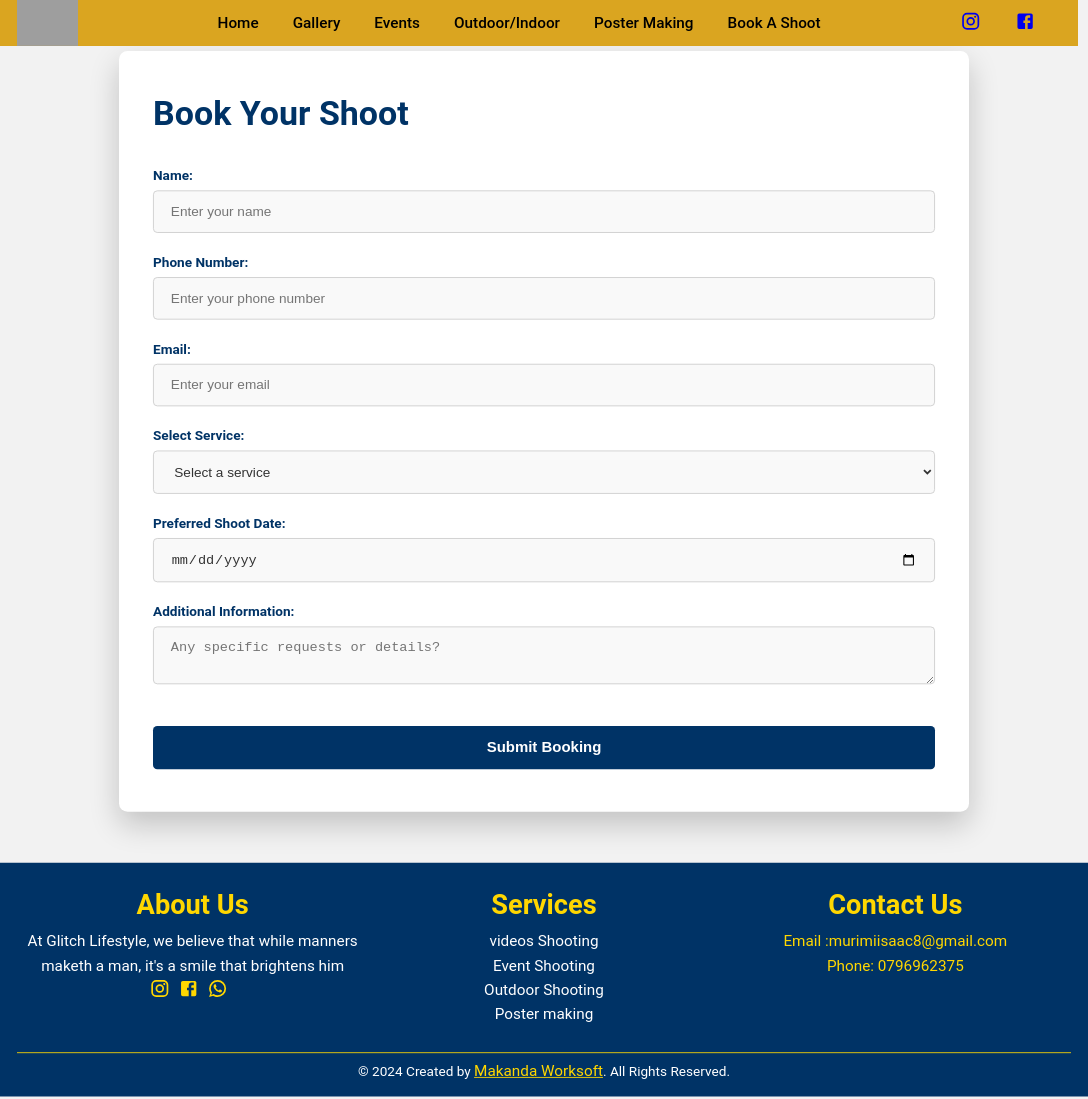
Repository: makanda596/glitchnov
Page: /contact
These files come from the project's save history. The page is drawn as it stood at one moment and after the next save; the edit follows.
The browser window is 1280 px wide. The pictures show the whole page, at 85% of full size.
Pictures or frames that could not be fetched are drawn as grey boxes. The project was rebuilt for these pictures with package versions that can differ from the ones it lists, and the page was loaded fresh each time. Also part of the build but not shown: src/Components/Hero/Hero.css, src/assets/data.js, src/Components/Hero/Hero.jsx, src/Pages/Home/Home.jsx, src/Pages/Events/Events.jsx, src/Pages/Gallery/Gallery.jsx, src/Pages/Outdoor/Outdoor.jsx, src/Pages/Services/Services.jsx. Imported but missing from the stored project, and not drawn on this page: src/Pages/Creative/Creative.

Above is the page before, as saved 2025-01-20 10:48:14.

### public/index.html
<!DOCTYPE html>
<html lang="en">
  <head>
    <meta charset="utf-8" />
    <link rel="icon" href="./glitch.png" />
    <meta name="viewport" content="width=device-width, initial-scale=1" />

    <title>GLITCH LIFESTILE</title>
  </head>
  <body>
    <div id="root"></div>
  </body>
</html>

### src/Pages/Contact/Contact.jsx
import React, { useState, useEffect } from "react";
import Footer from "../../Components/Footer/Footer";
import './contact.css'
import Navbar from "../../Components/Navbar/Navbar";

function Contact() {
    // Form state
    const [formData, setFormData] = useState({
        name: "",
        phone: "",
        email: "",
        service: "",
        additionalInfo: "",
        date: "",
    });

    const [message, setMessage] = useState("");
    const [isSubmitting, setIsSubmitting] = useState(false);
    const [formSuccess, setFormSuccess] = useState(false);

    // Handle form input changes
    const handleInputChange = (e) => {
        const { name, value } = e.target;
        setFormData({ ...formData, [name]: value });
    };

    // Handle form submission to Web3Forms
    const handleSubmit = async (e) => {
        e.preventDefault();
        setIsSubmitting(true);

        const form = new FormData();
        form.append("access_key", "321c6722-643e-4413-83fe-684ab77d92b8"); // Replace with your Web3Forms API key
        form.append("name", formData.name);
        form.append("phone", formData.phone);
        form.append("email", formData.email);
        form.append("service", formData.service);
        form.append("additionalInfo", formData.additionalInfo);
        form.append("date", formData.date);

        try {
            const res = await fetch("https://api.web3forms.com/submit", {
                method: "POST",
                body: form,
            });

            const json = await res.json();
            if (json.success) {
                setMessage("Your booking request has been sent successfully.");
                setFormSuccess(true);
            } else {
                setMessage("There was a problem sending your request.");
            }
        } catch (error) {
            alert("There was an error submitting the form.");
        }

        setIsSubmitting(false);
    };

    // Add the script for ElfSight after the component is mounted
    useEffect(() => {
        const script = document.createElement("script");
        script.src = "https://static.elfsight.com/platform/platform.js";
        script.async = true;
        document.body.appendChild(script);

        return () => {
            document.body.removeChild(script); // Cleanup the script
        };
    }, []);

    return (
        <div>
            <Navbar />
            <div className="contact-section">
                <div className="contact-form-container">
                    <div className="form-left">
                        <h2>Book Your Shoot</h2>
                        {formSuccess ? (
                            <div className="success-message">{message}</div>
                        ) : (
                            <form onSubmit={handleSubmit}>
                                <div className="form-group">
                                    <label htmlFor="name">Name:</label>
                                    <input
                                        type="text"
                                        id="name"
                                        name="name"
                                        value={formData.name}
                                        onChange={handleInputChange}
                                        placeholder="Enter your name"
                                        required
                                        className="text"
                                    />
                                </div>
                                <div className="form-group">
                                    <label htmlFor="tel">Phone Number:</label>
                                    <input
                                        type="number"
                                        id="phone"
                                        name="phone"
                                        value={formData.phone}
                                        onChange={handleInputChange}
                                        placeholder="Enter your phone number"
                                        required
                                    />
                                </div>

                                <div className="form-group">
                                    <label htmlFor="email">Email:</label>
                                    <input
                                        type="email"
                                        id="email"
                                        name="email"
                                        value={formData.email}
                                        onChange={handleInputChange}
                                        placeholder="Enter your email"
                                        required
                                    />
                                </div>

                                <div className="form-group">
                                    <label htmlFor="service">Select Service:</label>
                                    <select
                                        id="service"
                                        name="service"
                                        value={formData.service}
                                        onChange={handleInputChange}
                                        required
                                    >
                                        <option value="">Select a service</option>
                                        <option value="event-shooting">Events Shooting</option>
                                        <option value="video-shooting">Video Shooting</option>
                                        <option value="portraits">Portraits</option>
                                        <option value="outdoor">Outdoor</option>
                                        <option value="indoor">Indoor</option>
                                        <option value="poster-making">Poster Making Services</option>
                                    </select>
                                </div>

                                <div className="form-group">
                                    <label htmlFor="date">Preferred Shoot Date:</label>
                                    <input
                                        type="date"
                                        id="date"
                                        name="date"
                                        value={formData.date}
                                        onChange={handleInputChange}
                                        required
                                    />
                                </div>
                                <div className="form-group">
                                    <label htmlFor="additionalInfo">Additional Information:</label>
                                    <textarea
                                        id="additionalInfo"
                                        name="additionalInfo"
                                        value={formData.additionalInfo}
                                        onChange={handleInputChange}
                                        placeholder="Any specific requests or details?"
                                    ></textarea>
                                </div>

                                <button type="submit" className="submit-button" disabled={isSubmitting}>
                                    {isSubmitting ? "Submitting..." : "Submit Booking"}
                                </button>
                            </form>
                        )}
                    </div>

                    {/* Right Side: Date and Photo */}

                </div>

                {message && <div className="message">{message}</div>}
            </div>
            <Footer />
        </div>
    );
}

export default Contact;

### src/Pages/Contact/Contact.css
/* General Styles */
body {
    font-family: 'Roboto', sans-serif;
    background-color: #f2f2f2;
    margin: 0;
    padding: 0;
}

.contact-section {
    display: flex;
    justify-content: center;
    padding: 60px 20px;
    background-color: #f2f2f2;
}

.contact-form-container {
    display: flex;
    max-width: 1000px;
    width: 100%;
    background-color: #ffffff;
    border-radius: 10px;
    overflow: hidden;
    box-shadow: 0 15px 35px rgba(0, 0, 0, 0.2);
}

.form-left {
    flex: 1;
    padding: 50px 40px;
}

.form-left h2 {
    margin-bottom: 40px;
    font-size: 2.5rem;
    color: #003366;
    font-weight: 700;
}

.form-group {
    margin-bottom: 25px;
}

.form-group label {
    display: block;
    margin-bottom: 8px;
    font-weight: 600;
    color: #003366;
}

.form-group input,
.form-group select,
.form-group textarea {
    width: 100%;
    padding: 15px 20px;
    border: 1px solid #cccccc;
    border-radius: 5px;
    font-size: 1rem;
    color: #333333;
    background-color: #f9f9f9;
    transition: all 0.3s ease;
}

.form-group input:focus,
.form-group select:focus,
.form-group textarea:focus {
    border-color: #0066cc;
    background-color: #ffffff;
    outline: none;
}

.submit-button {
    width: 100%;
    padding: 15px;
    background-color: #003366;
    color: #ffffff;
    border: none;
    border-radius: 5px;
    font-size: 1.1rem;
    font-weight: bold;
    cursor: pointer;
    transition: background-color 0.3s ease, transform 0.2s ease;
    margin-top: 20px;
}

.submit-button:hover {
    background-color: #0059b3;
    transform: translateY(-2px);
}

.success-message,
.message {
    margin-top: 20px;
    padding: 15px;
    background-color: #e0f7e9;
    color: #2e7d32;
    border: 1px solid #a5d6a7;
    border-radius: 5px;
    font-size: 1rem;
}

.form-right {
    flex: 1;
    background-image: url('../../assets/images/creative1.jpg'); /* Replace with your image path */
    background-size: cover;
    background-position: center;
    position: relative;
}

.form-right::before {
    content: '';
    position: absolute;
    top: 0;
    left: 0;
    right: 0;
    bottom: 0;
    background: rgba(0, 51, 102, 0.7);
}

@media (max-width: 992px) {
    .contact-form-container {
        flex-direction: column;
    }

    .form-right {
        height: 250px;
    }
}

@media (max-width: 576px) {
    .form-left {
        padding: 30px 20px;
    }

    .form-left h2 {
        font-size: 2rem;
    }
}

### src/Pages/Gallery/Gallery.css
 *{
   margin: 0;
   padding: 0;
   box-sizing: border-box;
 }
 .gallery{
    background: url(../../assets/images/indoor13.jpg) no-repeat;
    background-size: cover;
    height: 100vh;
    background-attachment:fixed ;
    top:0;
    display: flex;
    flex-direction: column;
    align-items: center;
    justify-content: center;
 }
 .gallery h1{
   color: white;
   font-size: 36px;

 }
 .gallery p{
   font-size: 26px ;
   width: 36%;
   text-align: center;
   color: white;
 }
 .video-section{
    display: none;
 }

### src/Components/Navbar/Navbar.css

.navbar {
    display: flex;
    align-items: center;
    justify-content: space-between;
    background-color: goldenrod;
    padding-left: 20px;
    padding-right: 50px;
    z-index: 100;
    position: fixed;
}

.navbar img {
    width: 6%;
    height: 6%;
}

.nav-links {
    display: flex;
    justify-content: space-between;
    gap: 40px;
    align-items: center;
    list-style: none;
}

.media {
    display: flex;
    gap: 40px;
}

.media a:hover {
    color: blue;
    transition: color 0.3s ease-in-out;
    transform: scale(1.2);
}

.nav-links a {
    color: black;
    text-decoration: none;
    font-size: 18px;
    font-weight: 500;
    padding-bottom: 5px;
    border-bottom: 2px solid transparent;
    transition: border-bottom 0.3s ease-in-out;
}

.nav-links a:hover {
    border-bottom: 2px solid blue;
}

.link .active {
    border-bottom: 2px solid blue;
}

.dropdown {
    position: relative;
    display: inline-block;
    cursor:pointer;
}

.dropdown span {
    font-size: 18px;
    font-weight: 500;
    display: flex;
}

/* Dropdown content */
.dropdown-menu {
    display: none;
    position: absolute;
    background-color: blue;
    min-width: 160px;
    box-shadow: 0px 8px 16px rgba(0, 0, 0, 0.2);
    z-index: 1;
    list-style: none;
    padding: 0;
    margin: 0;
    top: 100%;
    left: -50%;
    color: white;
}

.dropdown:hover .dropdown-menu {
    display: block;
}

.dropdown-menu li {
    padding: 10px 12px;
}

.dropdown-menu li a {
    text-decoration: none;
    color: white;
    font-size: 18px;
    display: block;
    transition: background-color 0.2s;
}

.mobile-menu-icon {
    display: none;
    font-size: 2em;
    cursor: pointer;
}

@media (max-width: 768px) {
  .nav-links {
    display: none;
  }

  .mobile-menu-icon {
    display: block;
  }

  .nav-links-mobile {
    display: block;
    position: absolute;
    top: 40px;
    right: -100%; /* Start from left */
    width: 40%;
    background-color: goldenrod;
    list-style: none;
    padding: 0;

    text-align: center;
    color: white;
    z-index: 1;
    height: 50vh;
    transition: right 0.7s ease; /* Slide effect */
  }

  .nav-links-mobile.open {
    right: 0;
  }

  .nav-links-mobile li {
    margin: 25px 0;
  }

  .nav-links-mobile a {
    font-size: 1.2em;
    color: white;
  }
}

### src/Components/Footer/Footer.css
.footer {
    background-color: #003366; /* Dark blue */
    color: white;
    padding: 20px;
    text-align: center;
}

.footer-content {
    display: flex;
    justify-content: space-around;
    flex-wrap: wrap;
}

.footer-section {
    flex: 1;
    min-width: 200px;
    margin: 10px;
}

.footer-section ul li {
    color: white;
    font-size: 18px;
    list-style: none;
}

.footer-section ul li a {
    color: white;
}

.footer-section h3 {
    color: gold; /* Gold color for headings */
    margin-bottom: 10px;
}

.footer-media a {
    margin-right: 10px;
}

.footer-media:hover {
    color: white;
}

.footer-section p,
.footer-section ul {
    font-size: 18px;
    line-height: 1.6;
}

.footer-section a {
    color: gold; /* Gold color for links */
    text-decoration: none;
}

.footer-section a:hover {
    text-decoration: underline;
}

.footer-bottom {
    margin-top: 20px;
    border-top: 1px solid gold; /* Gold border for separation */
    padding-top: 10px;
}

.footer-bottom a {
    color: gold;
    font-size: 18px;
}

/*SMALLER SCREEN */
@media (max-width: 768px) {
    .footer-content {
        flex-direction: column;
        align-items: center;
    }

    .footer-section {
        margin: 5px;
        text-align: center;
    }

    .footer-section ul li {
        font-size: 16px;
    }

    .footer-section h3 {
        font-size: 18px;
    }

    .footer-section p,
    .footer-section ul {
        font-size: 16px;
    }

    .footer-bottom a {
        font-size: 16px;
    }
}

@media (max-width: 480px) {
    .footer {
        padding: 10px;
        height:80vh;
    }

    .footer-section {
        margin: 5px;
        text-align: center;
    }

    .footer-section h3 {
        font-size: 16px;
    }

    .footer-section ul li {
        font-size: 14px;
    }

    .footer-section p,
    .footer-section ul {
        font-size: 14px;
        line-height: 1.4;
    }

    .footer-bottom {
        margin-top: 10px;
        padding-top: 5px;
    }

    .footer-bottom a {
        font-size: 14px;
    }
}

Loaded but not shown: src/index.js (common file); src/index.css (common file); src/App.js (common file); src/reportWebVitals.js (common file); src/Pages/Home/Home.css (671 lines, source omitted); src/Components/Navbar/Navbar.jsx (123 lines, source omitted); src/Components/Footer/Footer.jsx (65 lines, source omitted); src/Pages/Events/Event.css (no stored copy; drawn as an empty file)

After the next save:
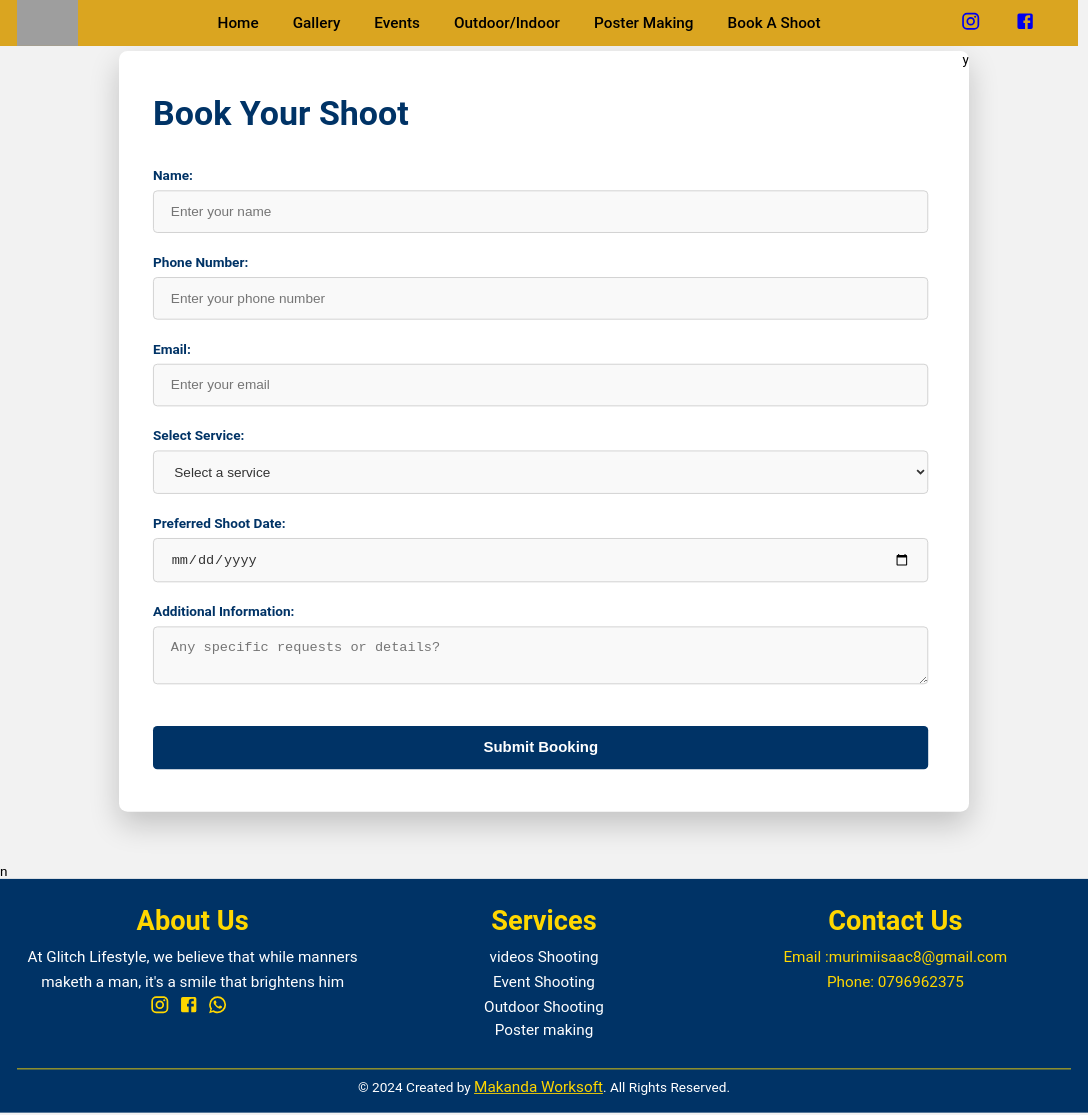
Saved 3 min 51 s later.
--- a/src/Pages/Contact/Contact.jsx
+++ b/src/Pages/Contact/Contact.jsx
@@ -167,13 +167,12 @@
                             </form>
                         )}
                     </div>
-
-                    {/* Right Side: Date and Photo */}
+y
 
                 </div>
 
                 {message && <div className="message">{message}</div>}
-            </div>
+            </div>n
             <Footer />
         </div>
     );

After the save that followed:
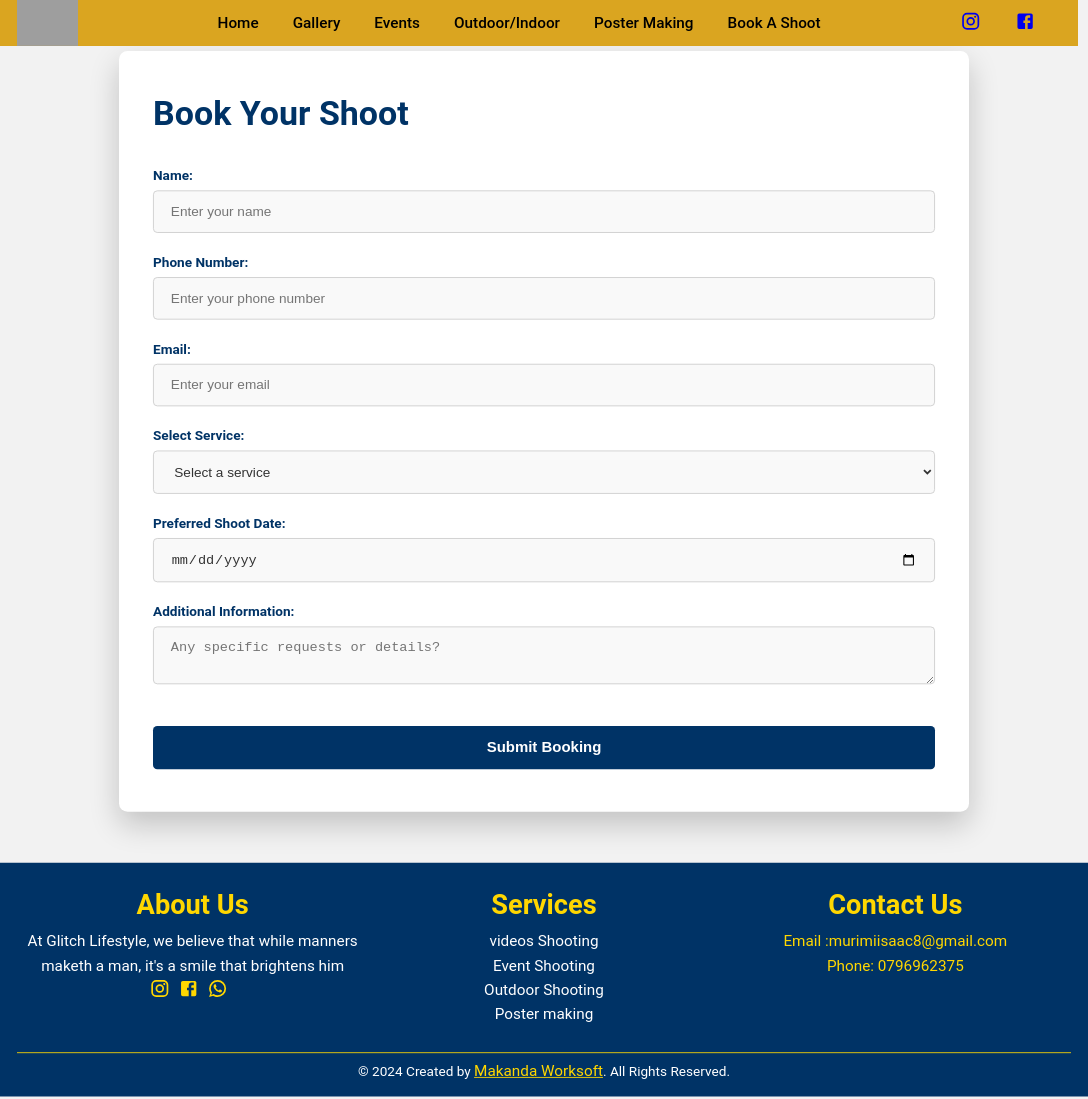
Saved 11 min 23 s later.
--- a/src/Pages/Contact/Contact.jsx
+++ b/src/Pages/Contact/Contact.jsx
@@ -167,12 +167,12 @@
                             </form>
                         )}
                     </div>
-y
+
 
                 </div>
 
                 {message && <div className="message">{message}</div>}
-            </div>n
+            </div>
             <Footer />
         </div>
     );
